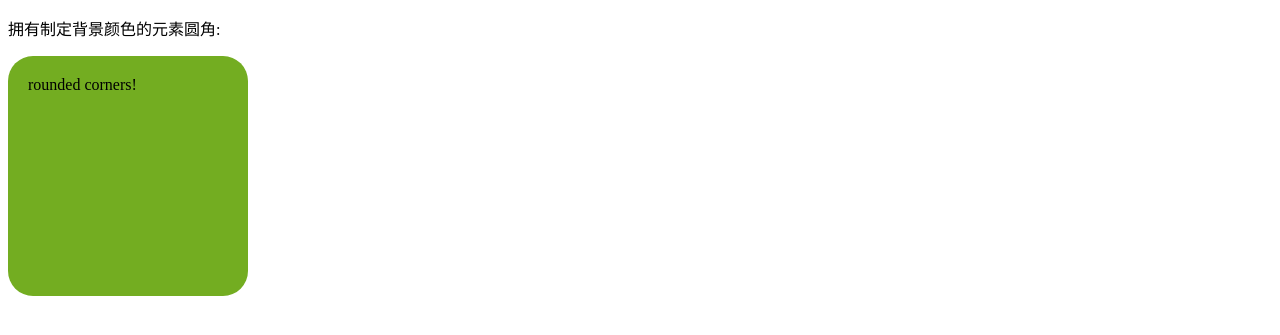
Repository: F000top/ele
Page: MyNote/border-radius 属性.html
The author's editor kept a copy of each file at every save. The page is drawn from the files as they stood at one save, then again after the next save.
The browser window is 1280 px wide. The pictures show the whole page.

Above is the page before, as saved 2022-06-07 23:42:22.

### MyNote/border-radius 属性.html
<!DOCTYPE html>
<html lang="en">
<head>
    <meta charset="UTF-8">
    <meta http-equiv="X-UA-Compatible" content="IE=edge">
    <meta name="viewport" content="width=device-width, initial-scale=1.0">
    <title>圆角</title>
</head>
<body>

    <style>
        #r1{
            border-radius: 25px;
            background:#73AD21;
            padding: 20px;
            width: 200px;
            height: 200px;
        }

    </style>

<p>拥有制定背景颜色的元素圆角:</p>
<p id="r1">rounded corners!</p>



</body>
</html>

After the next save:
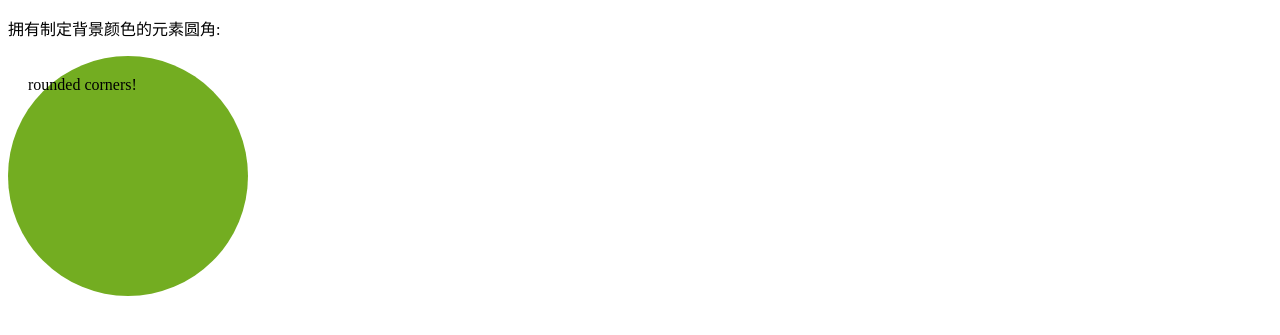
Saved 12 s later.
--- a/MyNote/border-radius 属性.html
+++ b/MyNote/border-radius 属性.html
@@ -10,7 +10,7 @@
 
     <style>
         #r1{
-            border-radius: 25px;
+            border-radius: 225px;
             background:#73AD21;
             padding: 20px;
             width: 200px;

After the save that followed:
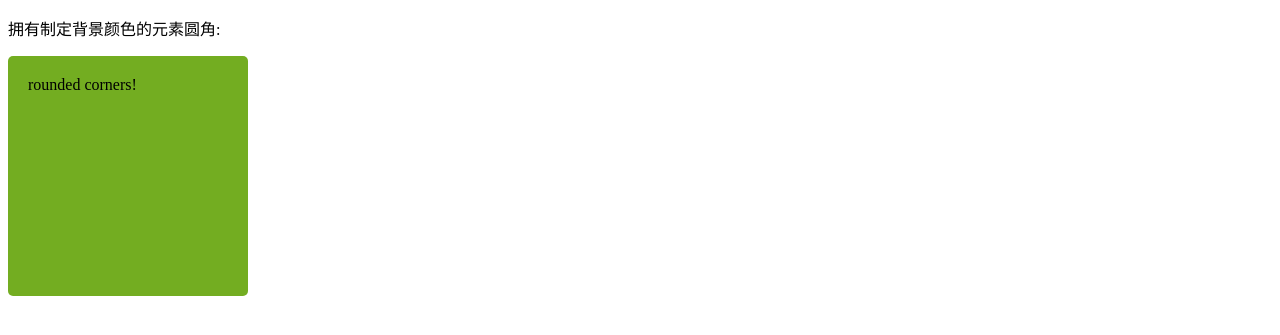
Saved 4 s later.
--- a/MyNote/border-radius 属性.html
+++ b/MyNote/border-radius 属性.html
@@ -10,7 +10,7 @@
 
     <style>
         #r1{
-            border-radius: 225px;
+            border-radius: 5px;
             background:#73AD21;
             padding: 20px;
             width: 200px;
